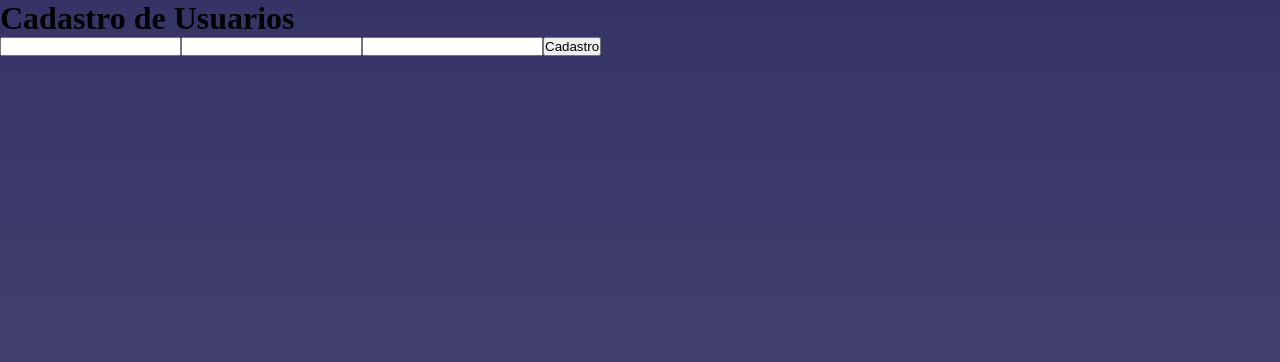
Repository: Rubenslourenco/api-react-node
Page: / (app in devclub-cadastro/)
The author's editor kept a copy of each file at every save. The page is drawn from the files as they stood at one save, then again after the next save.
The browser window is 1280 px wide. The pictures show the whole page.
The project was rebuilt for these pictures with package versions that can differ from the ones it lists, and the page was loaded fresh each time. Also part of the build but not shown: devclub-cadastro/vite.config.js, devclub-cadastro/src/pages/Home/style.css.

Above is the page before, as saved 2025-01-27 09:41:20.

After the next save:
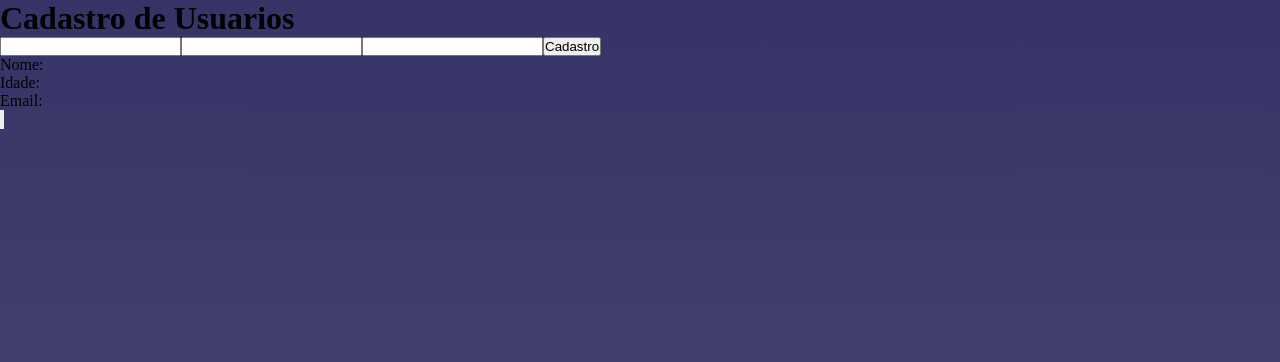
Saved 12 s later.
--- a/devclub-cadastro/src/pages/Home/index.jsx
+++ b/devclub-cadastro/src/pages/Home/index.jsx
@@ -10,6 +10,18 @@ function Home() {
         <input name="email" type="email" />
         <button type="button">Cadastro</button>
       </form>
+
+      <div>
+        <div>
+          <p>Nome: </p>
+          <p>Idade: </p>
+          <p>Email: </p>
+        </div>
+
+        <button>
+          <img src="" alt="" />
+        </button>
+      </div>
     </div>
   );
 }
